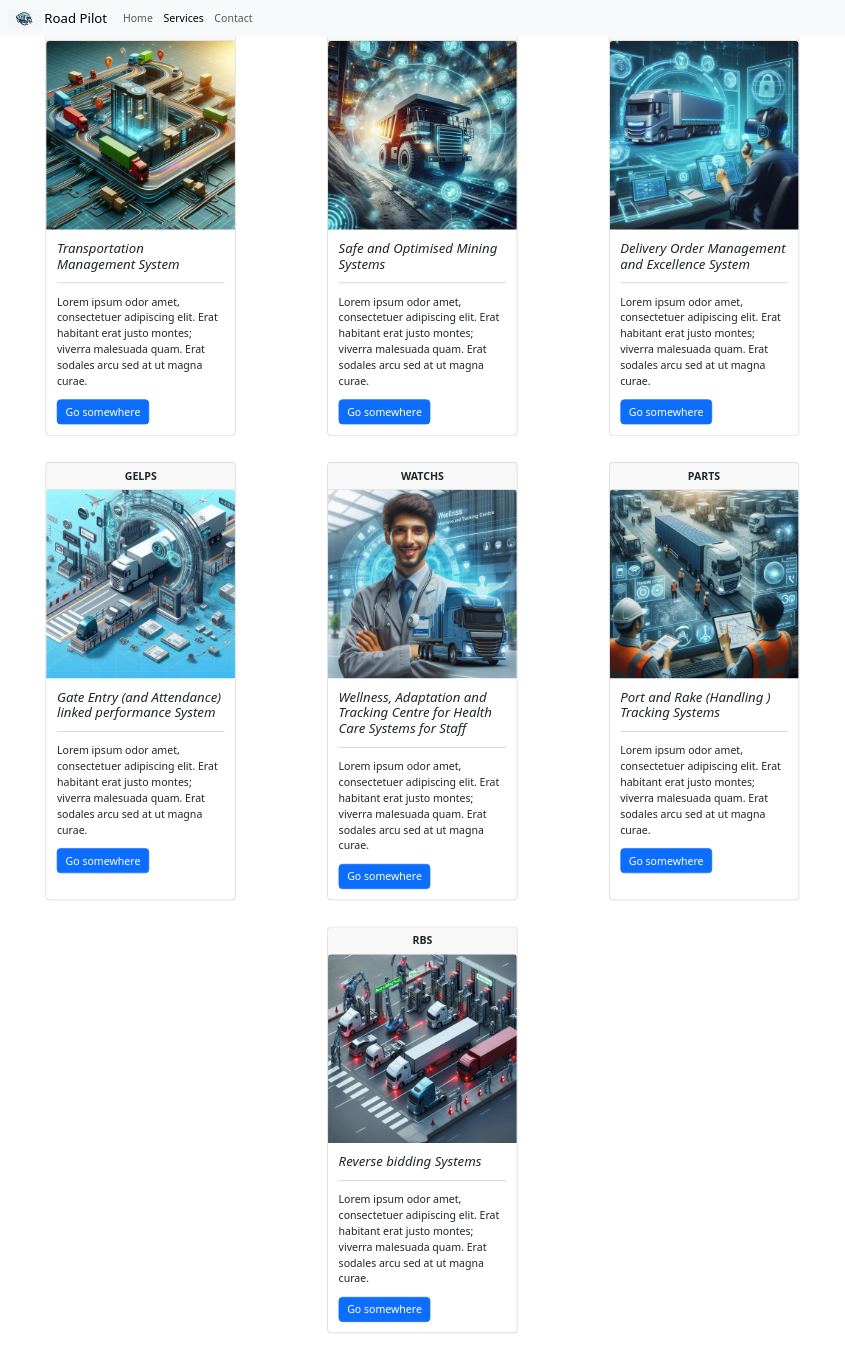
Repository: VictoriousMango/WebCreator
Page: pages/Services.html
An editor plug-in stored every save of this project. The page is shown before and after the next save, followed by the edit.
The browser window is 1280 px wide. The pictures show the whole page, at 66% of full size.

Above is the page before, as saved 2024-11-09 12:11:34.

### pages/Services.html
<!DOCTYPE html>
<html lang="en">

<head>
    <meta charset="UTF-8">
    <meta name="viewport" content="width=device-width, initial-scale=1.0">
    <title>Web Creator</title>
    <link href="https://cdn.jsdelivr.net/npm/bootstrap@5.3.3/dist/css/bootstrap.min.css" rel="stylesheet"
        integrity="sha384-QWTKZyjpPEjISv5WaRU9OFeRpok6YctnYmDr5pNlyT2bRjXh0JMhjY6hW+ALEwIH" crossorigin="anonymous">
    <link rel="stylesheet" href="../assets/css/services.css">
</head>

<body>
    <!-- Navbar -->
    <nav class="navbar navbar-expand-lg bg-body-tertiary">
        <div class="container-fluid">
            <a class="navbar-brand" href="#">
                <img src="../assets/images/Logo.png" alt="Logo" width="50px" class="d-inline-block align-text-top">
                Road Pilot
            </a>
            <button class="navbar-toggler" type="button" data-bs-toggle="collapse" data-bs-target="#navbarNav"
                aria-controls="navbarNav" aria-expanded="false" aria-label="Toggle navigation">
                <span class="navbar-toggler-icon"></span>
            </button>
            <div class="collapse navbar-collapse" id="navbarNav">
                <ul class="navbar-nav">
                    <li class="nav-item">
                        <a class="nav-link" href="../">Home</a>
                    </li>
                    <li class="nav-item">
                        <a class="nav-link active" aria-current="page" href="#">Services</a>
                    </li>
                    <li class="nav-item">
                        <a class="nav-link" href="./contact.html">Contact</a>
                    </li>
                </ul>
            </div>
        </div>
    </nav>
    <!-- NavBar -->
    <!-- Solutions/Softwares we may provide
            *Transportation Management System (TRAMS)
            *Safe and Optimised Mining Systems (SOMS)
            *Delivery Order Management and Excellence System (DOMES)
            *Gate Entry (and Attendance) linked performance System (GELPS)
            *Wellness ,Adaptation and Tracking Centre for Health Care Systems for Staff(WATCHS)
            *Port and Rake (Handling ) Tracking Systems(PARTS)
            *Reverse bidding Systems
    -->
    <div class="services">
        <!-- TRAMS -->
        <div class="card" style="width: 18rem;">
            <div class="card-header">
                <b>TRAMS</b>
            </div>
            <img src="../assets/images/TRAMS.png" class="card-img-top" alt="...">
            <div class="card-body">
                <h5 class="card-title"><i>Transportation Management System</i></h5>
                <hr>
                <p class="card-text">Lorem ipsum odor amet, consectetuer adipiscing elit. Erat habitant erat justo montes; viverra malesuada quam. Erat sodales arcu sed at ut magna curae.</p>
                <a href="#" class="btn btn-primary">Go somewhere</a>
            </div>
        </div>
        <!-- SOMS -->
        <div class="card" style="width: 18rem;">
            <div class="card-header">
                <b>SOMS</b>
            </div>
            <img src="../assets/images/SOMS.png" class="card-img-top" alt="...">
            <div class="card-body">
                <h5 class="card-title"><i>Safe and Optimised Mining Systems</i></h5>
                <hr>
                <p class="card-text">Lorem ipsum odor amet, consectetuer adipiscing elit. Erat habitant erat justo montes; viverra malesuada quam. Erat sodales arcu sed at ut magna curae.</p>
                <a href="#" class="btn btn-primary">Go somewhere</a>
            </div>
        </div>
        <!-- DOMES -->
        <div class="card" style="width: 18rem;">
            <div class="card-header">
                <b>DOMES</b>
            </div>
            <img src="../assets/images/DOMES.png" class="card-img-top" alt="...">
            <div class="card-body">
                <h5 class="card-title"><i>Delivery Order Management and Excellence System</i></h5>
                <hr>
                <p class="card-text">Lorem ipsum odor amet, consectetuer adipiscing elit. Erat habitant erat justo montes; viverra malesuada quam. Erat sodales arcu sed at ut magna curae.</p>
                <a href="#" class="btn btn-primary">Go somewhere</a>
            </div>
        </div>
        <!-- GELPS -->
        <div class="card" style="width: 18rem;">
            <div class="card-header">
                <b>GELPS</b>
            </div>
            <img src="../assets/images/GELPS.png" class="card-img-top" alt="...">
            <div class="card-body">
                <h5 class="card-title"><i>
                    Gate Entry (and Attendance) linked performance System
                </i></h5>
                <hr>
                <p class="card-text">Lorem ipsum odor amet, consectetuer adipiscing elit. Erat habitant erat justo montes; viverra malesuada quam. Erat sodales arcu sed at ut magna curae.</p>
                <a href="#" class="btn btn-primary">Go somewhere</a>
            </div>
        </div>
        <!-- WATCHS -->
        <div class="card" style="width: 18rem;">
            <div class="card-header">
                <b>WATCHS</b>
            </div>
            <img src="../assets/images/WATCHS.png" class="card-img-top" alt="...">
            <div class="card-body">
                <h5 class="card-title"><i>Wellness, Adaptation and Tracking Centre for Health Care Systems for Staff</i></h5>
                <hr>
                <p class="card-text">Lorem ipsum odor amet, consectetuer adipiscing elit. Erat habitant erat justo montes; viverra malesuada quam. Erat sodales arcu sed at ut magna curae.</p>
                <a href="#" class="btn btn-primary">Go somewhere</a>
            </div>
        </div>
        <!-- PARTS -->
        <div class="card" style="width: 18rem;">
            <div class="card-header">
                <b>PARTS</b>
            </div>
            <img src="../assets/images/PARTS.png" class="card-img-top" alt="...">
            <div class="card-body">
                <h5 class="card-title"><i>Port and Rake (Handling ) Tracking Systems</i></h5>
                <hr>
                <p class="card-text">Lorem ipsum odor amet, consectetuer adipiscing elit. Erat habitant erat justo montes; viverra malesuada quam. Erat sodales arcu sed at ut magna curae.</p>
                <a href="#" class="btn btn-primary">Go somewhere</a>
            </div>
        </div>
        <!-- RBS -->
        <div class="card" style="width: 18rem;">
            <div class="card-header">
                <b>RBS</b>
            </div>
            <img src="../assets/images/RBS.png" class="card-img-top" alt="...">
            <div class="card-body">
                <h5 class="card-title"><i>Reverse bidding Systems</i></h5>
                <hr>
                <p class="card-text">Lorem ipsum odor amet, consectetuer adipiscing elit. Erat habitant erat justo montes; viverra malesuada quam. Erat sodales arcu sed at ut magna curae.</p>
                <a href="#" class="btn btn-primary">Go somewhere</a>
            </div>
        </div>
    </div>


    <!-- Scripts -->
    <script src="https://cdn.jsdelivr.net/npm/bootstrap@5.3.3/dist/js/bootstrap.bundle.min.js"
        integrity="sha384-YvpcrYf0tY3lHB60NNkmXc5s9fDVZLESaAA55NDzOxhy9GkcIdslK1eN7N6jIeHz"
        crossorigin="anonymous"></script>
    <script src="https://cdn.jsdelivr.net/npm/@popperjs/core@2.11.8/dist/umd/popper.min.js"
        integrity="sha384-I7E8VVD/ismYTF4hNIPjVp/Zjvgyol6VFvRkX/vR+Vc4jQkC+hVqc2pM8ODewa9r"
        crossorigin="anonymous"></script>
    <script src="https://cdn.jsdelivr.net/npm/bootstrap@5.3.3/dist/js/bootstrap.min.js"
        integrity="sha384-0pUGZvbkm6XF6gxjEnlmuGrJXVbNuzT9qBBavbLwCsOGabYfZo0T0to5eqruptLy"
        crossorigin="anonymous"></script>
</body>

</html>

### assets/css/services.css
.navbar {
    background-color: #333;
    color: white;
    /* margin-bottom: 5px; */
    /* padding: 15px; */
    position: fixed; /* Make the navbar fixed */
    top: 0; /* Stick to the top */
    width: 100%; /* Full width */
    z-index: 1000; /* Ensure it stays above other content */
}

.services {
    padding-top: ;
    display: flex;
    flex-wrap: wrap;
    justify-content: space-around;
}

.card {
    width: 200px;
    margin: 20px;
}

.card:hover {
    transform: scale(1.05);
    transition: ease-in-out;
    box-shadow: 0 0 20px rgba(0, 217, 255, 0.7); /* Change the color and intensity as needed */
}

.card-header {
    display: flex;
    justify-content: center;
}

After the next save:
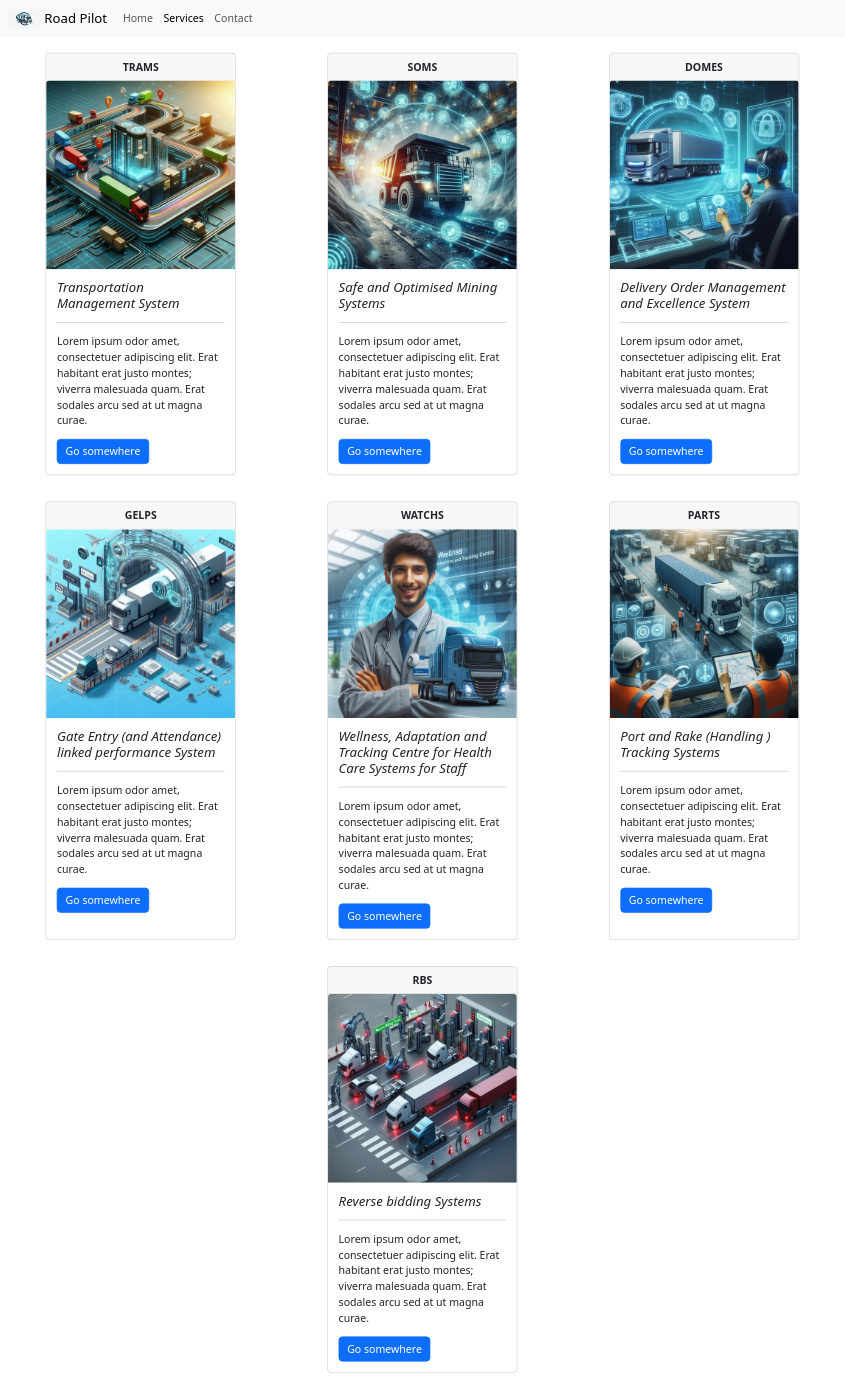
Saved 4 s later.
--- a/assets/css/services.css
+++ b/assets/css/services.css
@@ -10,7 +10,7 @@
 }
 
 .services {
-    padding-top: ;
+    padding-top: 60px;
     display: flex;
     flex-wrap: wrap;
     justify-content: space-around;

After the 2 saves that followed:
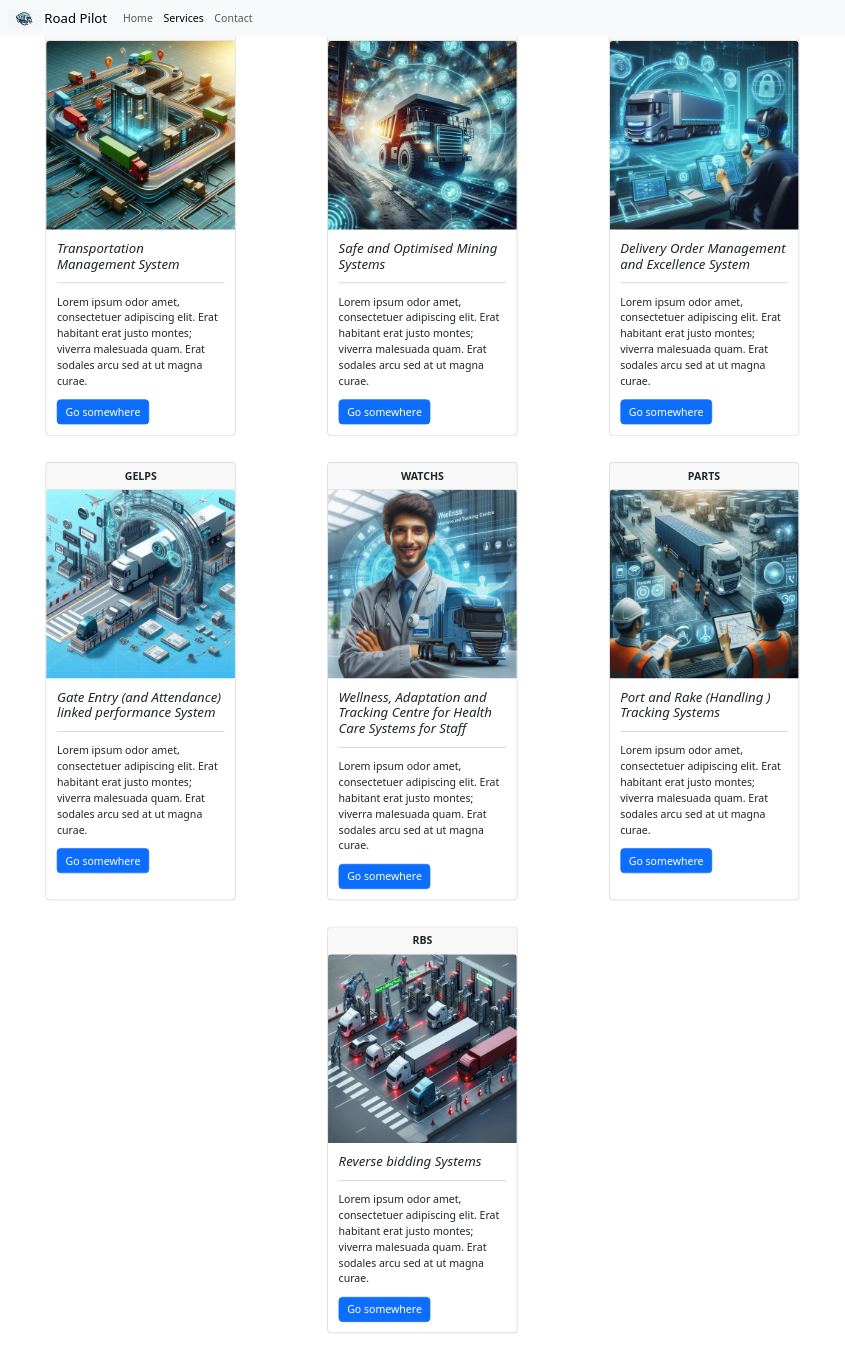
The 2 saves are shown as one change because they came seconds apart.
The last was saved 10 s later.
--- a/assets/css/services.css
+++ b/assets/css/services.css
@@ -10,7 +10,7 @@
 }
 
 .services {
-    padding-top: 60px;
+    padding-top: 0px;
     display: flex;
     flex-wrap: wrap;
     justify-content: space-around;
